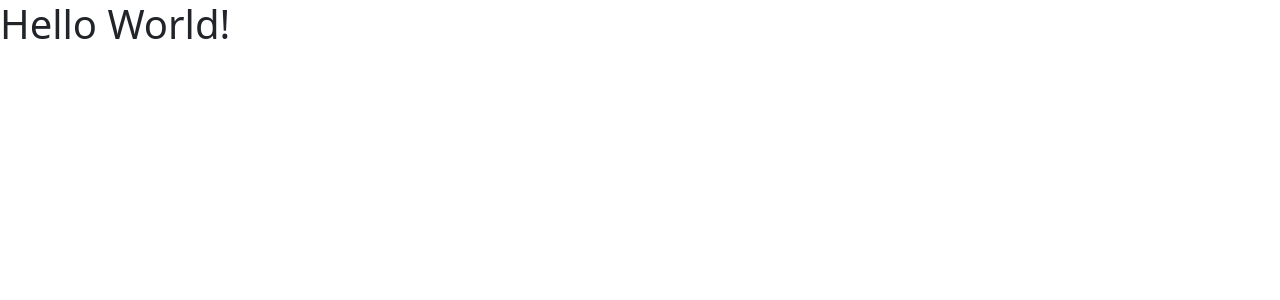
Repository: Ostask/electronTest
Page: renderer/index.html
An editor plug-in stored every save of this project. The page is shown before and after the next save, followed by the edit.
The browser window is 1280 px wide. The pictures show the whole page.
Some web libraries are served in a nearby version.

Above is the page before, as saved 2020-03-25 11:10:37.

### renderer/index.html
<!DOCTYPE html>
<html>
  <head>
    <meta charset="UTF-8">
    <title>本地播放器</title>
    <link rel="stylesheet" href="../node_modules/bootstrap/dist/css/bootstrap.min.css">
  </head>
  <body>
    <h1>Hello World!</h1>
    <p id="message"></p>
  </body>
</html>

After the next save:
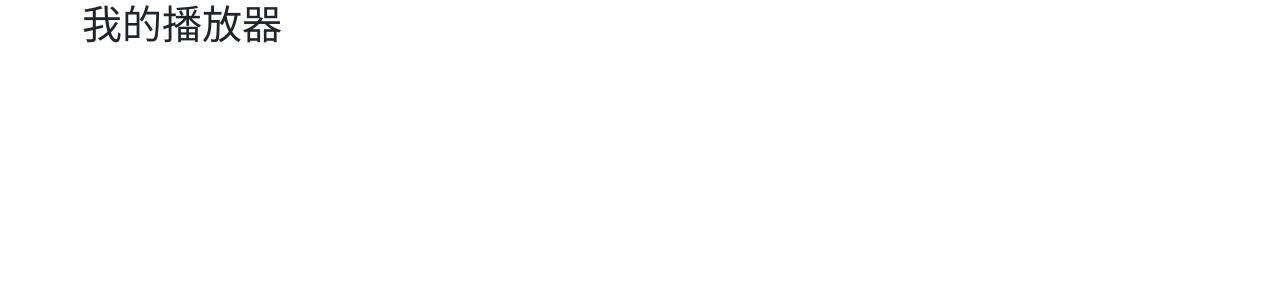
Saved 3 min 14 s later.
--- a/renderer/index.html
+++ b/renderer/index.html
@@ -6,7 +6,8 @@
     <link rel="stylesheet" href="../node_modules/bootstrap/dist/css/bootstrap.min.css">
   </head>
   <body>
-    <h1>Hello World!</h1>
-    <p id="message"></p>
+    <div class=container>
+        <h1>我的播放器</h1>
+    </div>
   </body>
 </html>
